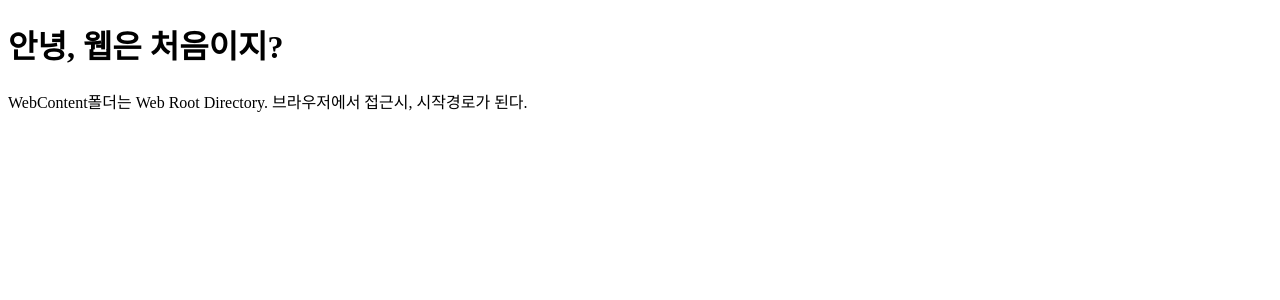
Repository: uriquely/web_server_assignment
Page: 210206_server_assignment/01_HelloWeb/WebContent/index.html
These files come from the project's save history. The page is drawn as it stood at one moment and after the next save; the edit follows.
The browser window is 1280 px wide. The pictures show the whole page.

Above is the page before, as saved 2021-02-02 02:37:01.

After the next save:
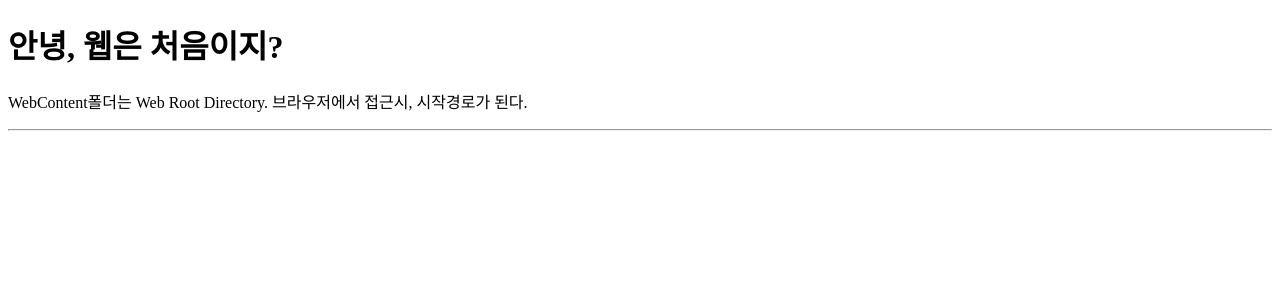
Saved 9 min 36 s later.
--- a/210206_server_assignment/01_HelloWeb/WebContent/index.html
+++ b/210206_server_assignment/01_HelloWeb/WebContent/index.html
@@ -9,6 +9,6 @@
 			WebContent폴더는 Web Root Directory.
 			브라우저에서 접근시, 시작경로가 된다.
 		</p>
-		<div></div>
+		<hr />
 	</body>
 </html>
